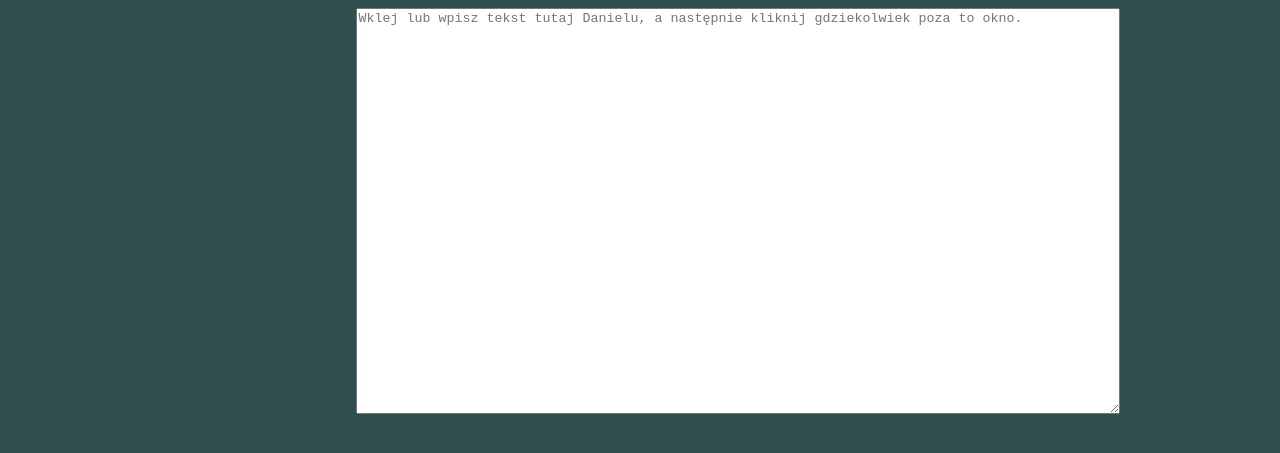
Repository: Gyeboorovsky/Playground
Page: Lettter Counter for Daniel/LetterCounter.html
An editor plug-in stored every save of this project. The page is shown before and after the next save, followed by the edit.
The browser window is 1280 px wide. The pictures show the whole page.

Above is the page before, as saved 2020-04-05 03:21:21.

After the next save:
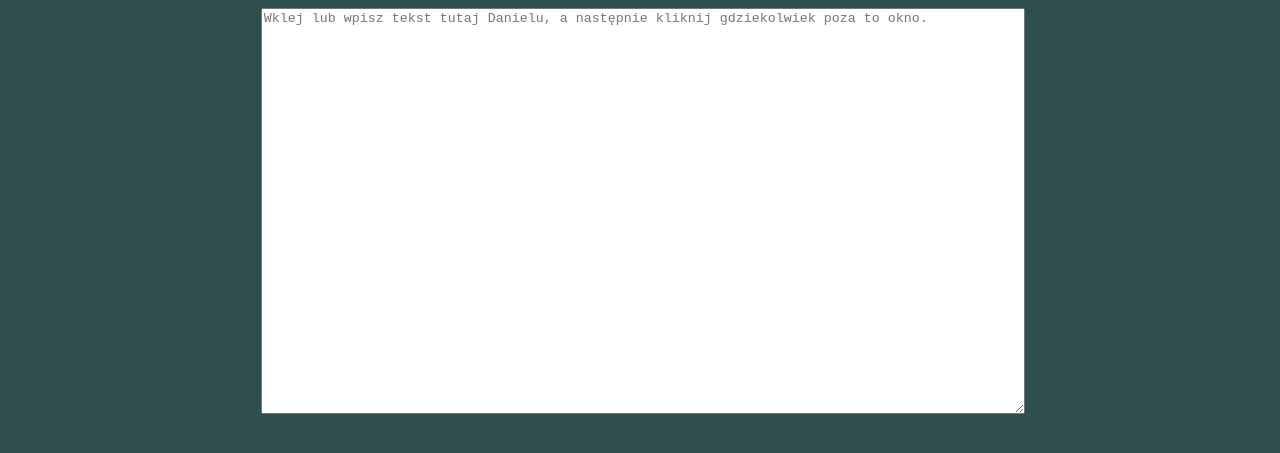
Saved 11 s later.
--- a/Lettter Counter for Daniel/style.css
+++ b/Lettter Counter for Daniel/style.css
@@ -15,6 +15,5 @@ body {
 }
 
 #letters {
-    width: 15%;
     margin: 0;
 }
